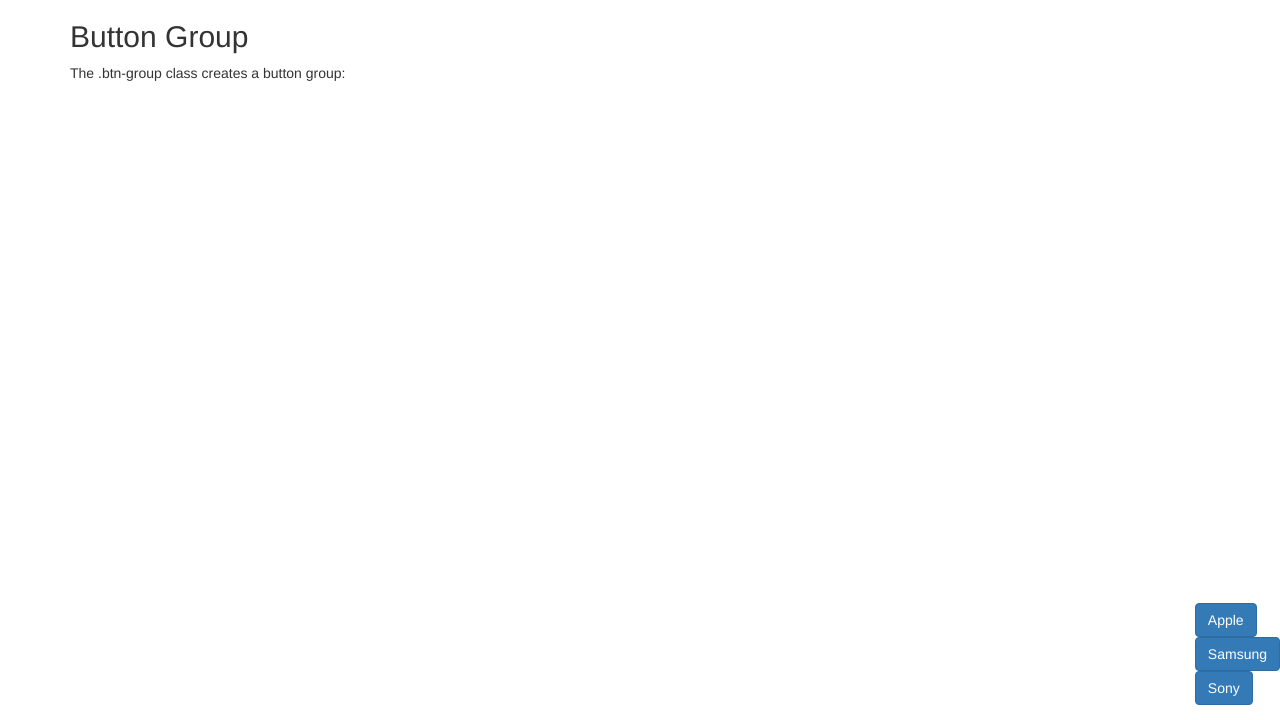
Repository: rsusolutions/RSU-Website
Page: quiz/index2.html
These files come from the project's save history. The page is drawn as it stood at one moment and after the next save; the edit follows.
The browser window is 1280 px wide. The pictures show the whole page.

Above is the page before, as saved 2020-04-21 13:35:43.

After the next save:
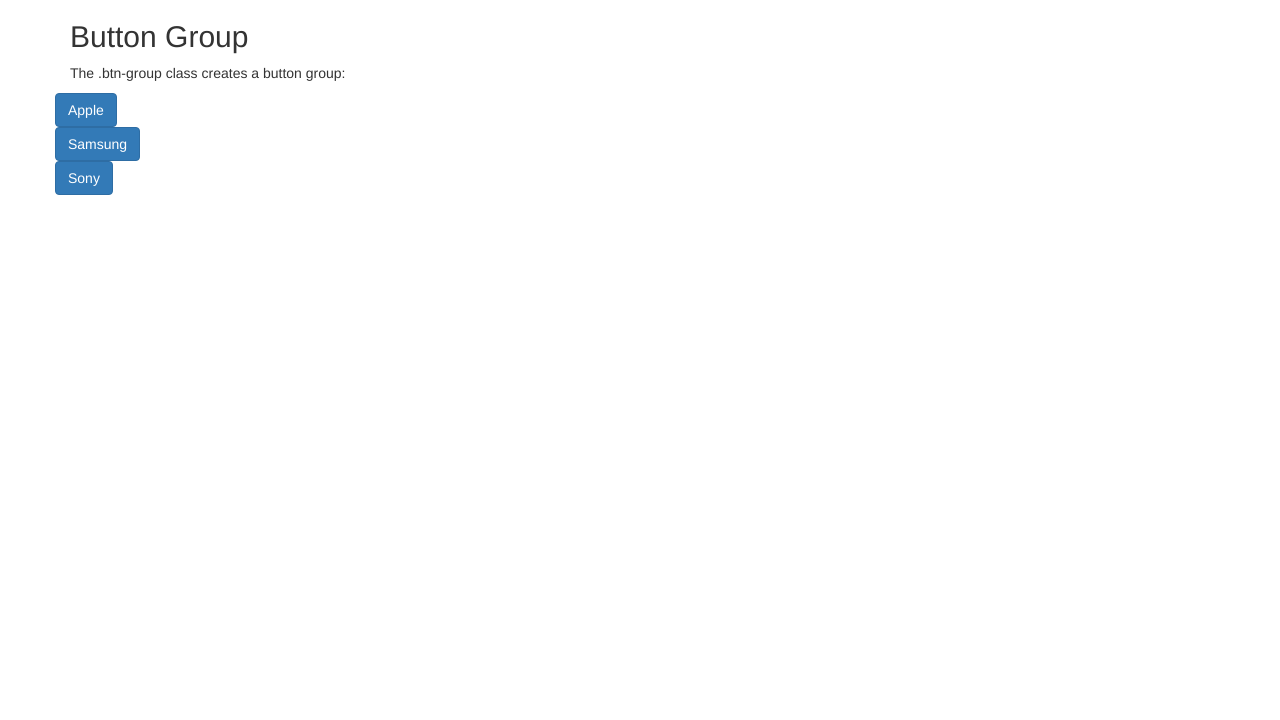
Saved 14 s later.
--- a/quiz/index2.html
+++ b/quiz/index2.html
@@ -9,11 +9,7 @@
   <script src="https://maxcdn.bootstrapcdn.com/bootstrap/3.4.1/js/bootstrap.min.js"></script>
 </head>
 <style>
-    .row {
-  position: absolute;
-  right: 15px;
-  bottom: 15px;
-}
+
 </style>
 <body>
 
